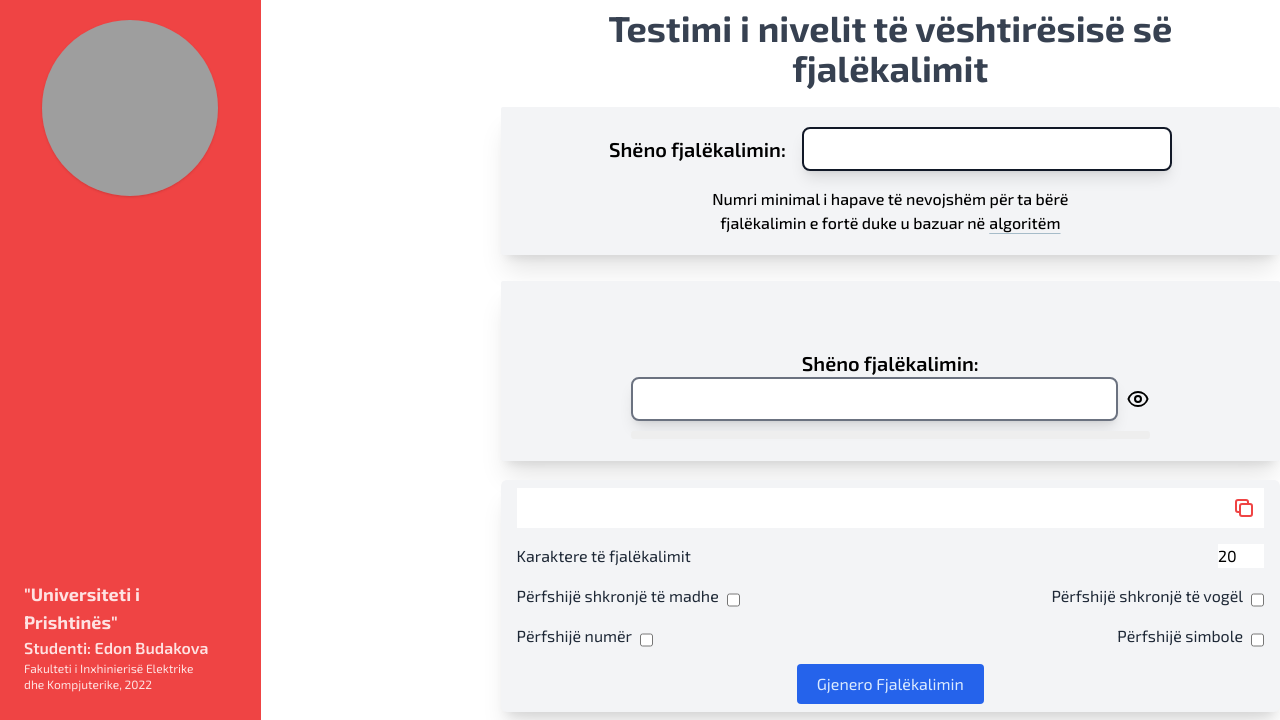
Repository: edonb99/Testing-the-level-of-password-difficulty
Page: /
An editor plug-in stored every save of this project. The page is shown before and after the next save, followed by the edit.
The browser window is 1280 px wide. The pictures show the whole page.
Pictures or frames that could not be fetched are drawn as grey boxes. The project was rebuilt for these pictures with package versions that can differ from the ones it lists, and the page was loaded fresh each time.

Above is the page before, as saved 2022-03-22 14:45:29.

### src/index.css
@tailwind base;
@tailwind components;
@tailwind utilities;

::selection {
    background: #800000;
    color: #fff;
  }

  * {
    font-family: 'Exo 2', sans-serif;
  }

### src/App.js
import React, { useState } from "react";
import GeneratePass from "./components/GeneratePass";
import PasswordChecker from "./components/PasswordChecker";
import Sidebar from "./components/Sidebar";
import Algoritmi from "./components/Algoritmi";
const App = () => {
  const [userInfo, setuserInfo] = useState({
    password: "",
  });

  const [passwordShown, setPasswordShown] = useState(false);

  const [isError, setError] = useState(null);
  const handleChangePassword = (e) => {
    let password = e.target.value;
    setuserInfo({
      ...userInfo,
      password: e.target.value,
    });
    setError(null);
    let capsCount, smallCount, numberCount, symbolCount;
    if (password.length < 6) {
      setError(
        "Fjalëkalimi duhet të ketë së paku 6 karaktere duke përfshirë një shkronjë të madhe, të vogël, një numër dhe simbol"
      );
      return;
    } else {
      capsCount = (password.match(/[A-Z]/g) || []).length;
      smallCount = (password.match(/[a-z]/g) || []).length;
      numberCount = (password.match(/[0-9]/g) || []).length;
      symbolCount = (password.match(/\W/g) || []).length;

      if (capsCount < 1) {
        setError("Duhet të ketë së paku një shkronjë të madhe");
        return;
      } else if (smallCount < 1) {
        setError("Duhet të ketë së paku një shkronjë të vogël");
        return;
      } else if (numberCount < 1) {
        setError("Duhet të ketë së paku një numër");
        return;
      } else if (symbolCount < 1) {
        setError("Duhet të ketë së paku një karakter special");
        return;
      }
    }
  };

  const [isStrength, setStrength] = useState(null);
  const dataHandler = async (childData) => {
    setStrength(childData);
  };

  const onSubmit = async (event) => {
    try {
      event.preventDefault();
      event.persist();
      console.log(userInfo.password);
    } catch (error) {
      throw error;
    }
  };

  const togglePassword = () => {
    setPasswordShown(!passwordShown);
  };

  return (
    <div className="flex flex-col w-full md:h-screen md:flex-row md:space-x-60">
      <Sidebar />

      <div className="flex flex-col justify-between m-0">
        <h1 className="p-2 m-0 text-2xl font-bold text-center text-gray-700 md:text-4xl">
          Testimi i nivelit të vështirësisë së fjalëkalimit
        </h1>

        <Algoritmi />
        <div className="box-border m-0 bg-white">
          <div className="max-w-4xl mx-auto my-0 text-center bg-gray-100 rounded-sm shadow-xl ">
            <div className="flex flex-col items-center justify-between px-0">
              <form
                onSubmit={onSubmit}
                className="flex flex-col items-stretch w-4/5 px-0 pt-2 pb-4 md:w-2/3"
              >
                <label
                  className="flex h-12 mb-3 text-sm font-semibold md:text-sm"
                  htmlFor="password"
                >
                  {isError !== null && (
                    <p className="text-left text-red-600 "> {isError}</p>
                  )}
                </label>
                <h3 className="text-base font-normal md:text-xl md:font-semibold">
                  Shëno fjalëkalimin:{" "}
                </h3>
                <div className="flex flex-row space-x-2">
                  <input
                    className="w-full p-4 text-xl bg-white border-2 border-gray-500 border-solid rounded-lg shadow-lg h-11 md:h-11 "
                    type={passwordShown ? "text" : "password"}
                    id="password"
                    name="password"
                    onChange={handleChangePassword}
                    required
                  />
                  <button onClick={togglePassword}>
                    <svg
                      xmlns="http://www.w3.org/2000/svg"
                      className="w-6 h-6 hover:stroke-green-500"
                      fill="none"
                      viewBox="0 0 24 24"
                      stroke="currentColor"
                      onClick={togglePassword}
                    >
                      <path
                        strokeLinecap="round"
                        strokeLinejoin="round"
                        strokeWidth={2}
                        d="M15 12a3 3 0 11-6 0 3 3 0 016 0z"
                      />
                      <path
                        strokeLinecap="round"
                        strokeLinejoin="round"
                        strokeWidth={2}
                        d="M2.458 12C3.732 7.943 7.523 5 12 5c4.478 0 8.268 2.943 9.542 7-1.274 4.057-5.064 7-9.542 7-4.477 0-8.268-2.943-9.542-7z"
                      />
                    </svg>
                  </button>
                </div>
                <PasswordChecker
                  password={userInfo.password}
                  actions={dataHandler}
                />
                {isStrength === "Strong" && (
                  <button
                    type="submit"
                    className="h-10 py-2 text-lg text-white border-0 rounded-lg outline-none bg-gradient-to-br from-gray-300 to-gray-900 px-7"
                  >
                    Fjalëkalimi në rregull{" "}
                  </button>
                )}
              </form>
            </div>
          </div>
        </div>
        <GeneratePass />
      </div>
    </div>
  );
};
export default App;

### src/components/GeneratePass.jsx
import React, { useState } from "react";

import { toast } from "react-toastify";
import {
  numbers,
  upperCaseLetters,
  lowerCaseLetters,
  specialCharacters,
} from "../utils/characters.js";
import { COPY_SUCCESS } from "../utils/message";

const GeneratePass = () => {
  const [password, setPassword] = useState("");
  const [passwordLength, setPasswordLength] = useState(20);
  const [includeUppercase, setIncludeUppercase] = useState(false);
  const [includeLowercase, setIncludeLowercase] = useState(false);
  const [includeNumbers, setIncludeNumbers] = useState(false);
  const [includeSymbols, setIncludeSymbols] = useState(false);

  const handleGeneratePassword = (e) => {
    if (
      !includeUppercase &&
      !includeLowercase &&
      !includeNumbers &&
      !includeSymbols
    ) {
      notify("You must Select atleast one option", true);
    }
    let characterList = "";

    if (includeLowercase) {
      characterList = characterList + lowerCaseLetters;
    }

    if (includeUppercase) {
      characterList = characterList + upperCaseLetters;
    }

    if (includeNumbers) {
      characterList = characterList + numbers;
    }

    if (includeSymbols) {
      characterList = characterList + specialCharacters;
    }

    setPassword(createPassword(characterList));
  };
  const createPassword = (characterList) => {
    let password = "";
    const characterListLength = characterList.length;

    for (let i = 0; i < passwordLength; i++) {
      const characterIndex = Math.round(Math.random() * characterListLength);
      password = password + characterList.charAt(characterIndex);
    }
    return password;
  };

  const copyToClipboard = () => {
    const newTextArea = document.createElement("textarea");
    newTextArea.innerText = password;
    document.body.appendChild(newTextArea);
    newTextArea.select();
    document.execCommand("copy");
    newTextArea.remove();
  };

  const notify = (message, hasError = false) => {
    if (hasError) {
      toast.error(message, {
        position: "top-center",
        autoClose: 5000,
        hideProgressBar: false,
        closeOnClick: true,
        pauseOnHover: true,
        draggable: true,
        progress: undefined,
      });
    } else {
      toast(message, {
        position: "top-center",
        autoClose: 5000,
        hideProgressBar: false,
        closeOnClick: true,
        pauseOnHover: true,
        draggable: true,
        progress: undefined,
      });
    }
  };

  const handleCopyPassword = (e) => {
    if (password === "") {
      notify("Nothing To Copy", true);
    } else {
      copyToClipboard();
      notify(COPY_SUCCESS);
    }
  };

  return (
    <div className="w-full mx-auto my-0 mt-2">
      <div className="px-4 py-2 mb-2 bg-gray-100 rounded-md shadow-xl">
        <div className="flex flex-row justify-between px-0 py-2 mb-4 bg-white md:px-2">
          <h3 className="text-base font-normal md:font-semibold">{password}</h3>
          <button
            onClick={handleCopyPassword}
            className="text-red-500 bg-white border-none cursor-pointer top-1 right-1 "
          >
            <svg
              xmlns="http://www.w3.org/2000/svg"
              className="flex w-6 h-6"
              fill="none"
              viewBox="0 0 24 24"
              stroke="currentColor"
            >
              <path
                strokeLinecap="round"
                strokeLinejoin="round"
                strokeWidth={2}
                d="M8 16H6a2 2 0 01-2-2V6a2 2 0 012-2h8a2 2 0 012 2v2m-6 12h8a2 2 0 002-2v-8a2 2 0 00-2-2h-8a2 2 0 00-2 2v8a2 2 0 002 2z"
              />
            </svg>
          </button>
        </div>

        <div className="flex flex-row justify-between mb-2 md:mb-4">
          <label htmlFor="password-strength" className="text-gray-800">
            Karaktere të fjalëkalimit
          </label>
          <input
            defaultValue={passwordLength}
            onChange={(e) => setPasswordLength(e.target.value)}
            type="number"
            id="password-strength"
            name="password-strength"
            max="20"
            min="10"
          />
        </div>

        <div className="flex flex-col justify-between md:flex-row">
          <div className="flex flex-row justify-between mb-2 text-gray-800 md:mb-4">
            <label htmlFor="uppercase-letters">
              Përfshijë shkronjë të madhe
            </label>
            <input
              checked={includeUppercase}
              onChange={(e) => setIncludeUppercase(e.target.checked)}
              type="checkbox"
              id="uppercase-letters"
              name="uppercase-letters"
              className="mt-2 ml-2"
            />
          </div>

          <div className="flex justify-between mb-2 text-gray-800 md:mb-4">
            <label htmlFor="lowercase-letters">
              Përfshijë shkronjë të vogël
            </label>
            <input
              checked={includeLowercase}
              onChange={(e) => setIncludeLowercase(e.target.checked)}
              type="checkbox"
              id="lowercase-letters"
              name="lowercase-letters"
              className="mt-2 ml-2"
            />
          </div>
        </div>

        <div className="flex flex-col md:flex-row md:justify-between">
          <div className="flex justify-between mb-2 text-gray-800 md:mb-4">
            <label htmlFor="include-numbers">Përfshijë numër</label>
            <input
              checked={includeNumbers}
              onChange={(e) => setIncludeNumbers(e.target.checked)}
              type="checkbox"
              id="include-numbers"
              name="include-numbers"
              className="mt-2 ml-2"
            />
          </div>

          <div className="flex justify-between mb-2 text-gray-800 md:mb-4">
            <label htmlFor="include-symbols">Përfshijë simbole</label>
            <input
              checked={includeSymbols}
              onChange={(e) => setIncludeSymbols(e.target.checked)}
              type="checkbox"
              id="include-symbols"
              name="include-symbols"
              className="mt-2 ml-2"
            />
          </div>
        </div>

        <button
          onClick={handleGeneratePassword}
          className="block w-full p-2 mx-auto my-0 text-base text-blue-100 transition-all duration-500 bg-blue-600 border-none rounded md:w-1/4 translate scale hover:scale-110 hover:bg-blue-900 hover:text-blue-200 curser-pointer"
        >
          Gjenero Fjalëkalimin
        </button>
      </div>
    </div>
  );
};

export default GeneratePass;

### src/components/PasswordChecker.jsx
import React from "react";
import "../styles/password.css";
const PasswordChecker = (props) => {
  const { password } = props;

  const testedResult = password;
  const createPasswordLabel = () => {
    let score = 0;
    let regexPositive = ["[A-Z]", "[a-z]", "[0-9]", "\\W"];
    regexPositive.forEach((regex, index) => {
      if (new RegExp(regex).test(testedResult)) {
        score += 1;
      }
    });
    switch (score) {
      case 0:
        return {
          value: 0,
          info: "",
        };
      case 1:
        return {
          value: 1,
          info: "Dobët",
        };
      case 2:
        return {
          value: 2,
          info: "Mirë",
        };
      case 3:
        return {
          value: 3,
          info: "ShumëMirë",
        };
      case 4:
        return {
          value: 4,
          info: "Fuqishëm",
        };
      default:
        return null;
    }
  };
  {
    props.actions(createPasswordLabel().info);
  }

  return (
    <div className="w-full password-strength-meter ">
      <progress
        className={`password-strength-meter-progress strength-${
          createPasswordLabel().info
        }`}
        value={createPasswordLabel().value}
        max="4"
      />
      <br />
      <p className="text-base">

        {password && (
          <p

            className={`text-center text-base h-12 md:text-xl font-medium password__label strength-${
              createPasswordLabel().info
            }`}
          >
            Fuqia e fjalëkalimit: <span>{createPasswordLabel().info} </span>
          </p>
        )}

      </p>
    </div>
  );
};
export default PasswordChecker;

### src/components/Sidebar.jsx
import React from "react";

const Sidebar = () => {
  return (
    <div className="flex flex-row-reverse items-center justify-between pb-2 pl-3 bg-red-500 md:flex-col md:px-6 md:justify-between">
      <div className="mt-5 w-44 h-44">
        <a
          title="Universiteti i Prishtinës"
          href="https://fiek.uni-pr.edu/"
          target="_blank"
          rel="noreferrer"
          class="block w-32 h-32 md:w-44 md:h-44 transition-all rounded-full shadow hover:shadow-xl transform scale hover:scale-110 duration-300"
        >
          <img
            class="object-cover object-center w-full h-full rounded-full"
            alt=""
            src="https://upload.wikimedia.org/wikipedia/commons/thumb/e/e1/University_of_Prishtina_logo.svg/2053px-University_of_Prishtina_logo.svg.png"
          />
        </a>
      </div>
      <div className="mb-5 text-left transition-all duration-500 transform scale hover:shadow-lg transform-all hover:scale-125">
        <h1 className="text-base font-bold text-red-100 md:text-lg">
          "Universiteti i Prishtinës"
        </h1>
        <h2 className="text-sm font-semibold text-red-100 md:text-base">
          Studenti: Edon Budakova
        </h2>
        <h3 className="text-xs font-normal text-red-100 md:text-xs">
          Fakulteti i Inxhinierisë Elektrike <br /> dhe Kompjuterike, 2022
        </h3>
      </div>
    </div>
  );
};

export default Sidebar;

### src/components/Algoritmi.jsx
import React, { useState } from "react";

export default function Algoritmi() {
  const [result, setResult] = useState("");

  function strongPasswordChecker(password) {
    let adds = Math.max(0, 6 - password.length);
    let subs = Math.max(0, password.length - 20);

    let lower = (password.match(/[a-z]/g) ?? []).length === 0 ? 1 : 0;
    let upper = (password.match(/[A-Z]/g) ?? []).length === 0 ? 1 : 0;
    let number = (password.match(/[0-9]/g) ?? []).length === 0 ? 1 : 0;
    let mods = lower + upper + number;
    let tris = (password.match(/(.)\1{2,2}/g) ?? []).length;

    let grps = (password.match(/(.)\1{2,}/g) ?? []).map((value) => {
      return value.length;
    });
    for (let i = subs; i && grps.length; i--) {
      grps = grps
        .filter((k) => {
          return k >= 3;
        })
        .sort((a, b) => {
          return (a % 3) - (b % 3);
        });
      tris -= grps[0] % 3 === 0 ? 1 : 0;
      grps[0]--;
    }

    let steps = 0;
    steps = Math.max(steps, tris);
    steps = Math.max(steps, mods);
    steps = Math.max(steps, adds);
    steps = steps + subs;
    setResult(steps);
  }

  return (
    <div className="mb-4">
      <div className="box-border m-0 ">
        <div className="max-w-4xl p-5 mx-auto my-0 text-center bg-gray-100 rounded-sm shadow-xl ">
          <div className="flex flex-col items-center justify-between"></div>
          <div className="flex flex-col md:flex-row md:space-x-4 md:justify-center md:items-center ">
            <h2 className="text-base font-normal md:text-xl md:font-semibold">
              Shëno fjalëkalimin:{" "}
            </h2>
            <input
              type="text"
              className="w-full h-8 p-4 text-xl bg-white border-2 border-gray-900 border-solid rounded-lg shadow-lg md:w-1/2 md:h-11"
              onChange={(e) => strongPasswordChecker(e.target.value)}
            ></input>
          </div>
          <div className="flex flex-row items-start justify-start mt-4 md:items-center md:justify-center">
            <div className="flex flex-col items-start justify-start space-x-4">
              <p className="text-sm font-medium md:mx-2 md:text-base">
                Numri minimal i hapave të nevojshëm për ta bërë
              </p>
              <p className="text-sm font-medium md:mx-2 md:text-base">
                {" "}
                fjalëkalimin e fortë duke u bazuar në
                <a
                  href="https://leetcode.com/problems/strong-password-checker/" rel="noreferrer"
                  target="_blank"
                  className="underline underline-offset-4
                          decoration-sky-900/[.33] ml-1"
                >
                  algoritëm
                </a>
              </p>
            </div>
            <div className="text-5xl font-semibold text-red-500 ">{result}</div>
          </div>
        </div>
      </div>
    </div>
  );
}

### src/utils/characters.js
export const numbers = '0123456789'
export const upperCaseLetters = 'ABCDEFGHIJKLMNOPQRSTUVWXYZ'
export const lowerCaseLetters = 'abcdefghijklmnopqrstuvwxyz'
export const specialCharacters = "@$!%*?&"

### src/utils/message.js
export const COPY_SUCCESS = 'Password successfully copied to clipboard'

### src/styles/password.css
.password-strength-meter {
    text-align: left;
  }
  .password-strength-meter-progress {
    -webkit-appearance: none;
    appearance: none;
    width: 100%;
    height: 8px;
  }
  .password-strength-meter-progress::-webkit-progress-bar {
    background-color: #eee;
    border-radius: 3px;
  }
  .password-strength-meter-label {
    font-size:  16px;
  }
  .password-strength-meter-progress::-webkit-progress-value {
    border-radius: 2px;
    background-size: 35px 20px, 100% 100%, 100% 100%;
  }
  .password__label{margin-top:10px;margin-bottom: 0px;}

  .strength-Dobët::-webkit-progress-value {
    background-color: #ff0400;
  }
  .strength-Mirë::-webkit-progress-value {
    background-color: #ffcc00;
  }
  .strength-ShumëMirë::-webkit-progress-value {
    background-color: #00b3ff;
  }
  .strength-Fuqishëm::-webkit-progress-value {
    background-color: #03b11a;
  }
  .strength-Dobët span {
    color: #ff0400;
  }
  .strength-Mirë span {
    color: #ffcc00;
  }
  .strength-ShumëMirë span {
    color: #00b3ff;
  }
  .strength-Fuqishëm span {
    color: #03b11a;
  }

Loaded but not shown: public/index.html (common file); src/index.js (common file); tailwind.config.js (common file)

After the next save:
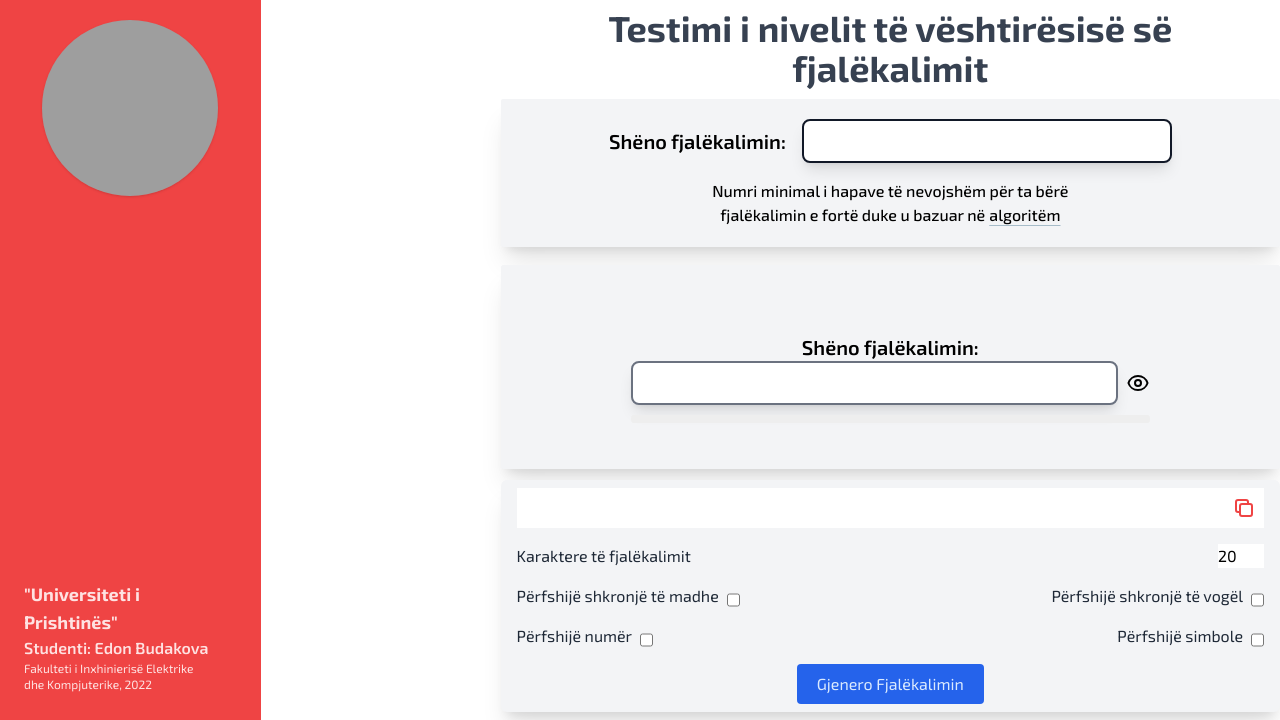
Saved 1 s later.
--- a/src/components/PasswordChecker.jsx
+++ b/src/components/PasswordChecker.jsx
@@ -47,7 +47,7 @@ const PasswordChecker = (props) => {
   }
 
   return (
-    <div className="w-full password-strength-meter ">
+    <div className="w-full h-12 password-strength-meter ">
       <progress
         className={`password-strength-meter-progress strength-${
           createPasswordLabel().info
@@ -61,7 +61,7 @@ const PasswordChecker = (props) => {
         {password && (
           <p
 
-            className={`text-center text-base h-12 md:text-xl font-medium password__label strength-${
+            className={`text-center text-base  md:text-xl font-medium password__label strength-${
               createPasswordLabel().info
             }`}
           >
